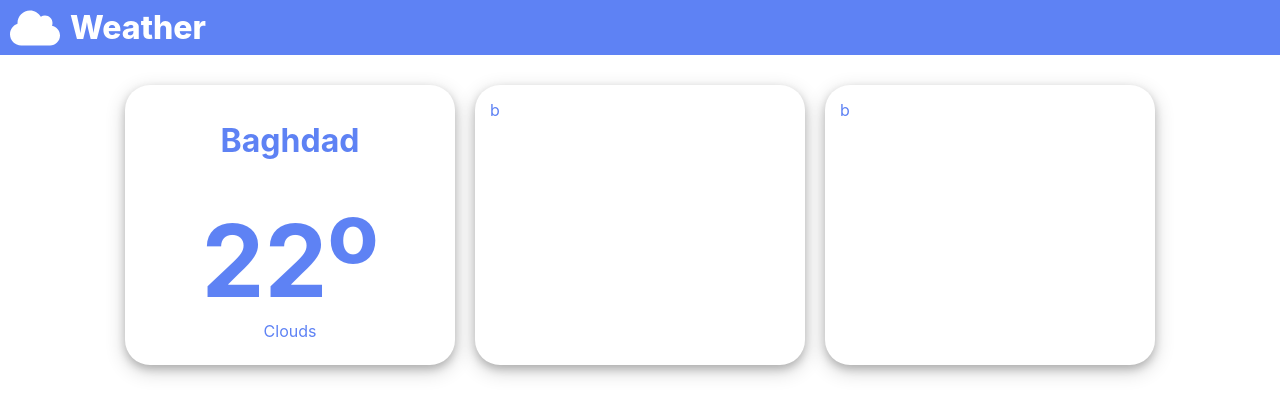
Repository: ahmedazawi/weather-app
Page: /
These files come from the project's save history. The page is drawn as it stood at one moment and after the next save; the edit follows.
The browser window is 1280 px wide. The pictures show the whole page.
The project was rebuilt for these pictures with package versions that can differ from the ones it lists, and the page was loaded fresh each time.

Above is the page before, as saved 2022-11-29 21:29:17.

### src/App.js
import "./App.css";
import Header from "./layout/Header";
import Details from "./components/Details";
function App() {
  return (
    <div className="App">
      <Header />
      <Details />
    </div>
  );
}

export default App;

### src/App.css
body {
  --primaryColor: #5e82f4;
  --borderRadius: 25px;
}

.nav {
  display: flex;
  align-items: center;
  height: 55px;
  background-color: var(--primaryColor);
}

### src/layout/Header.js
import React from "react";
import { FontAwesomeIcon } from "@fortawesome/react-fontawesome";
import { faCloud } from "@fortawesome/free-solid-svg-icons";
const Header = () => {
  return (
    <div className="nav">
      <div>
        <FontAwesomeIcon
          className="f-icon"
          icon={faCloud}
          color="White"
          style={{ marginLeft: "10px", fontSize: "40px" }}
        />
      </div>

      <h1 style={{ color: "white", marginLeft: "10px", fontWeight: "800" }}>
        Weather
      </h1>
    </div>
  );
};

export default Header;

### src/components/Details.js
import React from "react";
import "../assets/css/details.css";
const Details = () => {
  return (
    <div className="main">
      <div className="big-cards">
        <div>
          <h1>Baghdad</h1>
          <div style={{ fontSize: "100px", fontWeight: "bold" }}>
            22<sup>o</sup>
          </div>
          <div>Clouds</div>
        </div>
        <div>b</div>
        <div>b</div>
      </div>
    </div>
  );
};

export default Details;

### src/assets/css/details.css
.main {
  width: 100%;
  display: flex;
  flex-direction: column;
}

.big-cards {
  width: 100%;
  min-height: fit-content;
  display: flex;
  flex-direction: row;
  flex-wrap: wrap;
  gap: 20px;
  align-items: center;
  justify-content: center;
  margin-top: 30px;
  color: var(--primaryColor);
}
.big-cards > div {
  width: 300px;
  height: 250px;
  background-color: white;
  padding: 15px;
  border-radius: var(--borderRadius);
  box-shadow: 0 4px 8px 0 rgba(0, 0, 0, 0.2), 0 6px 20px 0 rgba(0, 0, 0, 0.19);
}
.big-cards > div:first-child {
  display: flex;
  flex-direction: column;
  align-items: center;
}

Loaded but not shown: public/index.html (common file); src/index.js (common file); src/index.css (common file)

After the next save:
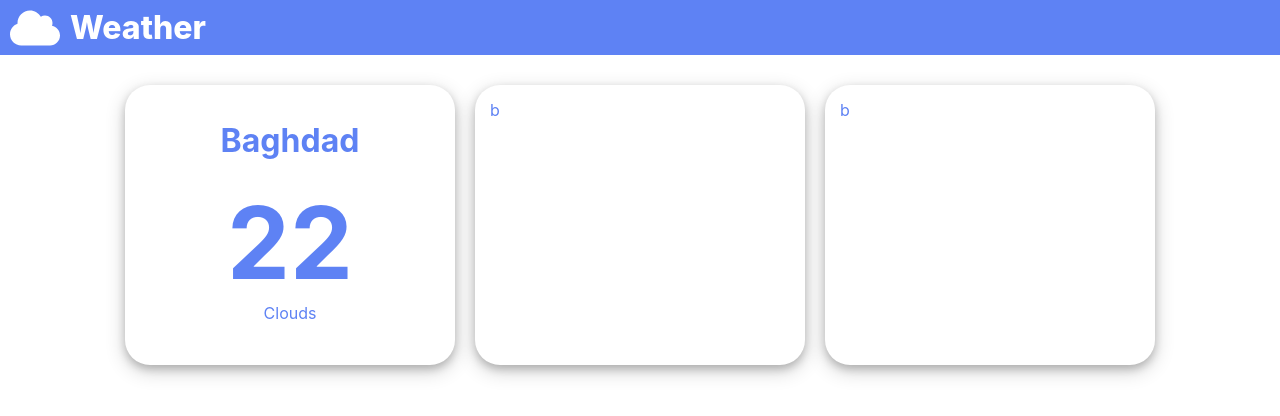
Saved 10 s later.
--- a/src/components/Details.js
+++ b/src/components/Details.js
@@ -6,9 +6,7 @@ const Details = () => {
       <div className="big-cards">
         <div>
           <h1>Baghdad</h1>
-          <div style={{ fontSize: "100px", fontWeight: "bold" }}>
-            22<sup>o</sup>
-          </div>
+          <div style={{ fontSize: "100px", fontWeight: "bold" }}>22</div>
           <div>Clouds</div>
         </div>
         <div>b</div>

After the save that followed:
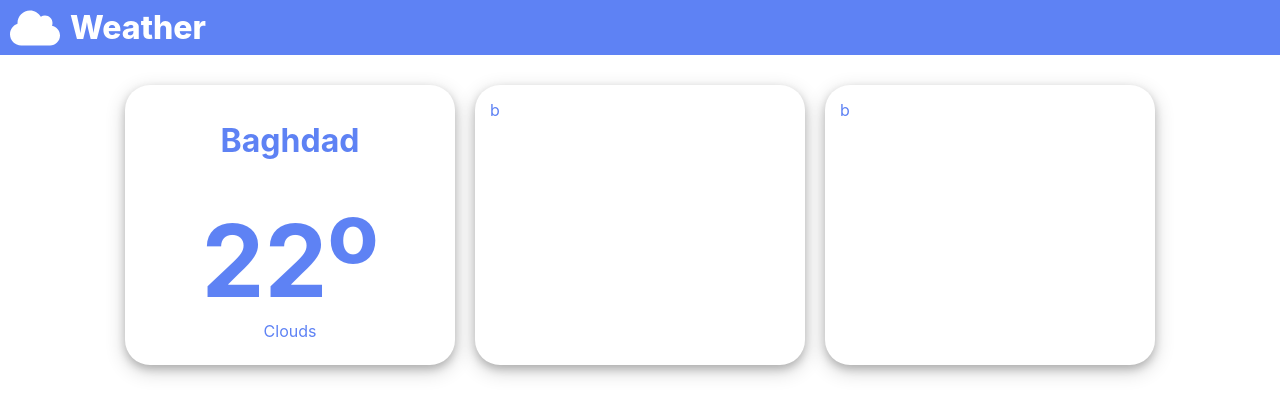
Saved 8 s later.
--- a/src/components/Details.js
+++ b/src/components/Details.js
@@ -6,7 +6,9 @@ const Details = () => {
       <div className="big-cards">
         <div>
           <h1>Baghdad</h1>
-          <div style={{ fontSize: "100px", fontWeight: "bold" }}>22</div>
+          <div style={{ fontSize: "100px", fontWeight: "bold" }}>
+            22<sup>o</sup>
+          </div>
           <div>Clouds</div>
         </div>
         <div>b</div>
